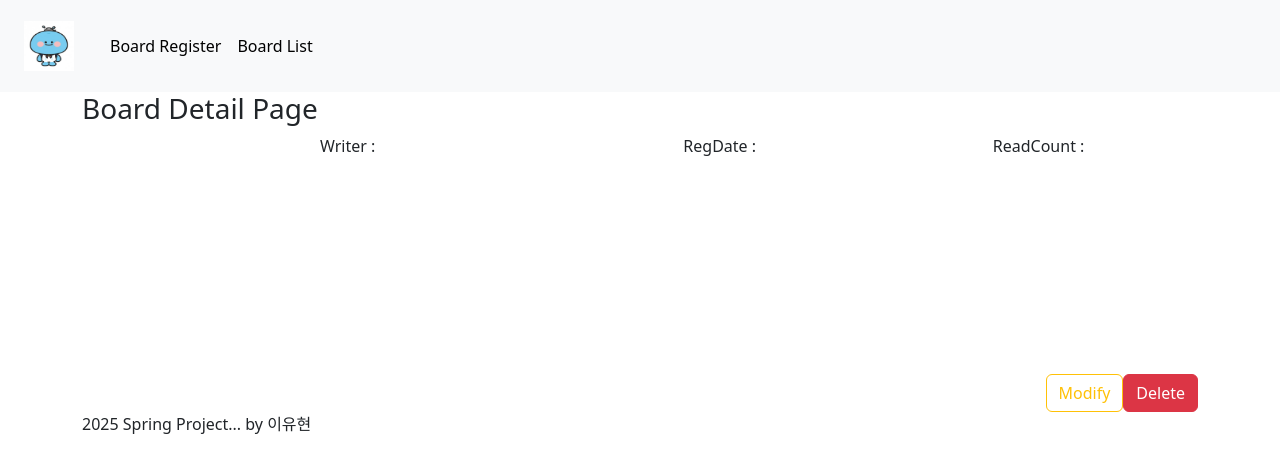
Repository: LeeYouHyeon/6.Spring
Page: http://localhost/spring_project/WEB-INF/views/board/modify.jsp
These files come from the project's save history. The page is drawn as it stood at one moment and after the next save; the edit follows.
The browser window is 1280 px wide. The pictures show the whole page.
The page is served by Tomcat 9. Nobody is signed in. The template is opened directly, without the code that normally fills it, so the values that code supplies are empty.

Above is the page before, as saved 2025-06-02 00:49:02.

After the next save:
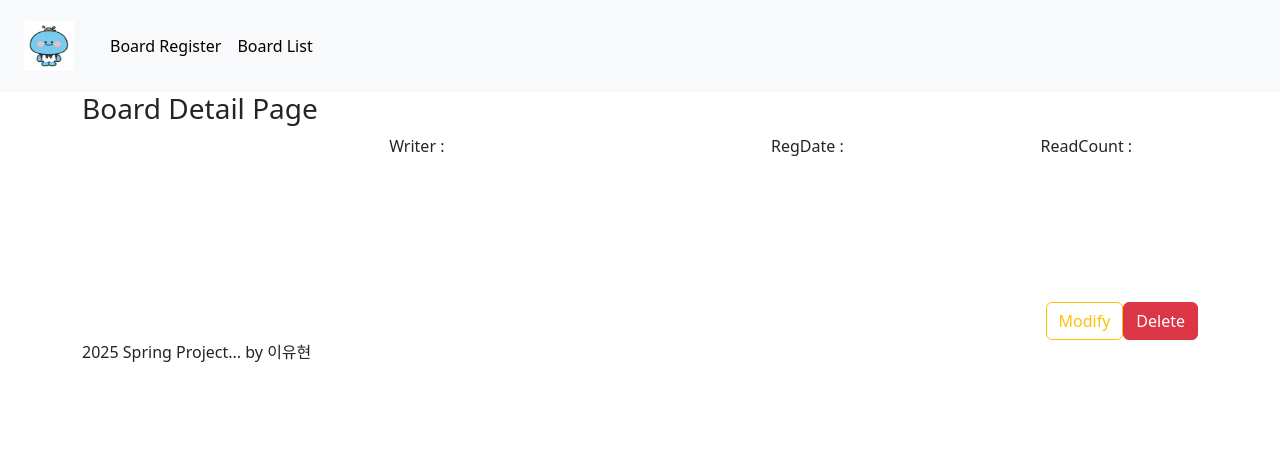
Saved 44 s later.
--- a/spring_project/src/main/webapp/resources/css/detail.css
+++ b/spring_project/src/main/webapp/resources/css/detail.css
@@ -9,11 +9,13 @@
   display: flex;
 }
 
+.title{
+	font-size: 24px;
+	font-weight: 600;
+  width: 95%;
+}
 .bno{
-  width: 5%;
-}
-.title{
-  width: 95%;
+  width: 10%;
 }
 .writer{
   width: 40%;
@@ -22,10 +24,10 @@
   width: 30%;
 }
 .readCount{
-  width: 30%;
+  width: 20%;
 }
 .content{
-	min-height: 30vh;
+	min-height: 20vh;
 }
 .buttons{
   display: flex;
